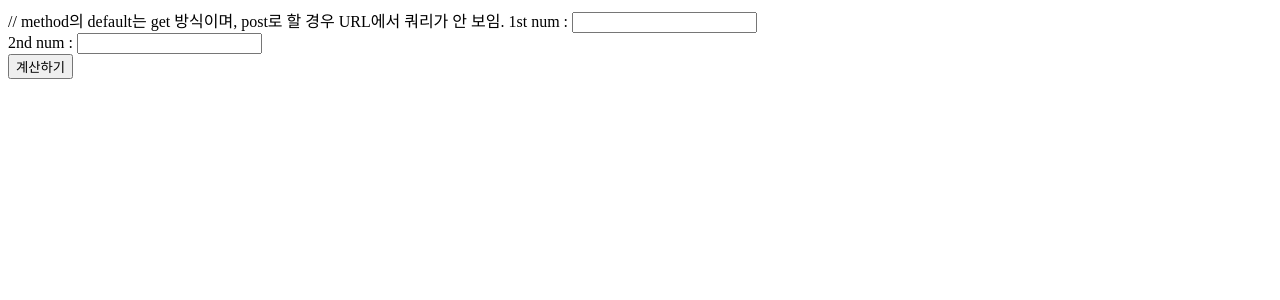
Repository: chuni90/bigdata
Page: http://localhost/tutorial_02/add_3.jsp
These files come from the project's save history. The page is drawn as it stood at one moment and after the next save; the edit follows.
The browser window is 1280 px wide. The pictures show the whole page.
The page is served by Tomcat 9.

Above is the page before, as saved 2019-09-23 07:41:37.

After the next save:
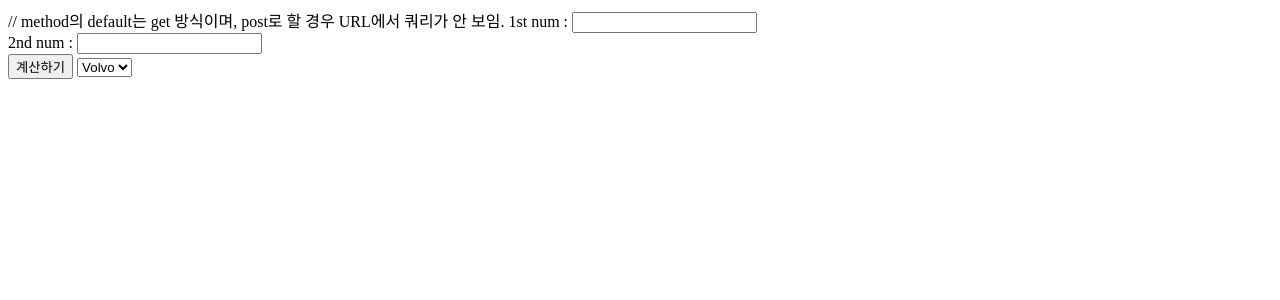
Saved 2 min 2 s later.
--- a/2. Java DB/Oracle/tutorial_02/WebContent/add_3.jsp
+++ b/2. Java DB/Oracle/tutorial_02/WebContent/add_3.jsp
@@ -14,6 +14,13 @@
 			2nd num : <input name = "num2" type = "text"/><br>
 
 			<input type = "submit" value = "계산하기"/>
+			<select name="cars">
+			    <option value="volvo">Volvo</option>
+			    <option value="saab">Saab</option>
+			    <option value="fiat">Fiat</option>
+			    <option value="audi">Audi</option>
+		  	</select>
+
 		</form>
 
 	</body>
